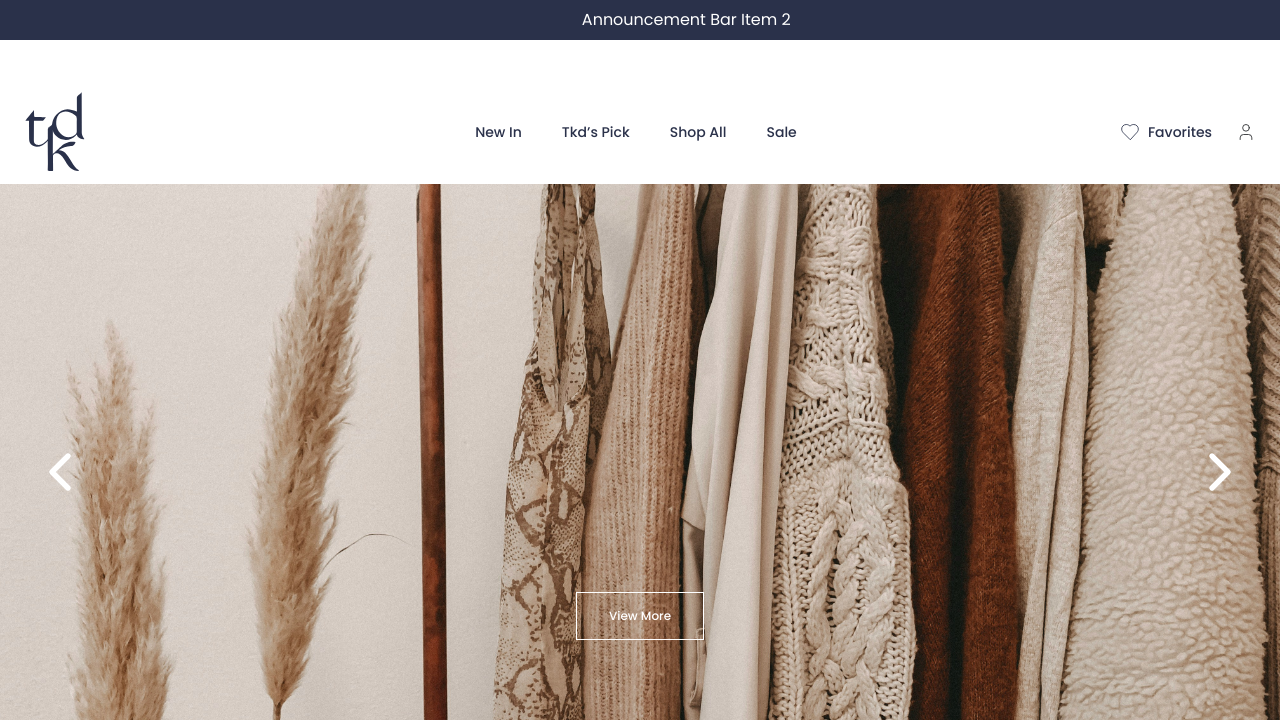
Repository: helmifnandani/online-store
Page: /
These files come from the project's save history. The page is drawn as it stood at one moment and after a run of saves; the edit follows.
The browser window is 1280 px wide. The pictures show the whole page.
An inner scrolling area shows only its first screen. The project was rebuilt for these pictures with package versions that can differ from the ones it lists, and the page was loaded fresh each time. Also part of the build but not shown: vite.config.js, src/components/Icons/icon-chevron-down.jsx, src/components/Icons/icon-eye.jsx, src/components/Icons/icon-shopee.jsx, src/components/Icons/icon-tokopedia.jsx, src/components/Icons/icon-close.jsx, src/components/Icons/icon-menu.jsx, src/components/Icons/icon-filter.jsx and 12 more.

Above is the page before, as saved 2024-08-28 20:42:14.

### index.html
<!doctype html>
<html lang="en">
  <head>
    <meta charset="UTF-8" />
    <link
      rel="icon"
      type="image/svg+xml"
      href="/src/assets/images/logo/logo-2.png"
    />
    <meta name="viewport" content="width=device-width, initial-scale=1.0" />
    <title>Titipkitadi.id</title>
  </head>
  <body>
    <div id="root"></div>
    <script type="module" src="/src/main.jsx"></script>
  </body>
</html>

### src/main.jsx
import { StrictMode } from "react";
import { createRoot } from "react-dom/client";
import App from "./App.jsx";
import "./index.css";
import { BrowserRouter } from "react-router-dom";
import { AuthProvider } from "react-auth-kit";

createRoot(document.getElementById("root")).render(
  <StrictMode>
    <BrowserRouter>
      <App />
    </BrowserRouter>
  </StrictMode>,
);

### src/index.css
@import "./assets/css/fonts.css";
@import "./assets/css/slide.css";
@import "./assets/css/media.css";

@tailwind base;
@tailwind components;
@tailwind utilities;

@layer components {
  .btn-link .btn-text {
    @apply relative after:absolute after:-bottom-2px after:left-1/2 after:block after:h-px after:w-0 after:bg-slate-900 after:transition-all after:content-[''] after:hover:left-0 after:hover:w-full;
  }

  .sidebar-icon {
    @apply relative mx-auto mb-2 mt-2 flex h-12 w-12 items-center justify-center rounded-3xl bg-gray-800 text-green-500 transition-all duration-300 ease-linear hover:rounded-xl hover:bg-green-600 hover:text-white;
  }

  .sidebar-tooltip {
    @apply absolute left-14 m-2 w-auto min-w-max origin-left scale-0 rounded-md bg-gray-900 p-2 text-xs font-bold text-white shadow-md transition-all duration-100;
  }
}

:root {
  font-family: "Poppins", sans-serif;
}

.overlayscrollbars-react {
  width: 16rem;
  height: 16rem;
  margin: 0 auto;
  resize: both;
  overflow: auto;
  border-radius: 6px;
  border: 2px solid var(--foreground-color);
  box-shadow: rgb(var(--foreground-color-rgb) / 0.14) 0 0.875rem 3.125rem;
}

#container::-webkit-scrollbar-track {
  -webkit-box-shadow: inset 0 0 6px rgba(0, 0, 0, 0.3);
  background-color: #f5f5f5;
}

#container::-webkit-scrollbar {
  width: 6px;
  background-color: #f5f5f5;
}

#container::-webkit-scrollbar-thumb {
  background-color: #202225;
}

details > summary {
  list-style: none;
}
details > summary::-webkit-details-marker {
  display: none;
}

.transition-height {
  transition:
    height 0.5s ease-in-out,
    max-height 0.5s ease-in-out;
}

### src/components/Navbar.jsx
import React, { useState, useEffect } from "react";
import { navItems, categories } from "../constants";
import Icon from "./Icons";
import Button from "./Button";
import { Link } from "react-router-dom";
import AnnouncementBar from "./AnnouncementBar";

const Navbar = ({
  toggleNavbar,
  mobileDrawerOpen,
  isScrolled,
  categoryList,
}) => {
  return (
    <>
      <AnnouncementBar isScrolled={isScrolled} />
      <nav
        className={`sticky top-0 z-50 bg-white transition-all lg:mt-0 ${isScrolled ? "bg-opacity-90 shadow-md" : ""}`}
        id="navbar"
      >
        <div className="container relative mx-auto px-4 py-3 text-sm">
          <div className="flex items-center justify-between">
            <div className="flex-col justify-end md:flex lg:hidden">
              <button
                className="relative px-5 py-2.5 focus:outline-none"
                onClick={toggleNavbar}
              >
                <span
                  className={`absolute block h-0.5 w-5 transform bg-current text-primary-500 transition duration-500 ease-in-out ${mobileDrawerOpen ? "rotate-45" : "-translate-y-1.5"}`}
                ></span>
                <span
                  className={`absolute block h-0.5 w-5 transform bg-current text-primary-500 transition duration-500 ease-in-out ${mobileDrawerOpen ? "opacity-0" : ""}`}
                ></span>
                <span
                  className={`absolute block h-0.5 w-5 transform bg-current text-primary-500 transition duration-500 ease-in-out ${mobileDrawerOpen ? "-rotate-45" : "translate-y-1.5"}`}
                ></span>
              </button>
            </div>
            <div className="flex flex-shrink-0 items-center">
              <Link to={"/"}>
                <Icon name="logo" className="h-12 w-12 lg:h-20 lg:w-20" />
              </Link>
            </div>
            <ul className="ml-14 hidden gap-10 lg:flex">
              {navItems.map((item, index) => (
                <li
                  key={index}
                  className={item.hasNestedMenu ? "group relative" : ""}
                >
                  <Button
                    isLink={true}
                    type={"link"}
                    urlTarget={item.href}
                    text={item.label}
                    className={
                      item.label.toLowerCase() === "sale"
                        ? "!containertext-red-500"
                        : ""
                    }
                  />
                  {item.hasNestedMenu ? (
                    <ul className="min-w pointer-events-none absolute -left-10 top-full z-50 flex w-screen flex-wrap gap-7 bg-white p-3 opacity-0 shadow-md transition-all group-hover:pointer-events-auto group-hover:opacity-100 lg:max-w-screen-lg lg:-translate-x-1/2 xl:max-w-screen-xl 2xl:max-w-screen-2xl">
                      {categoryList.map((category, index) => (
                        <li key={index}>
                          <p className="mx-4 text-nowrap border-b border-gray-300 py-2 font-semibold">
                            {category.categoryName}
                          </p>
                          <ul>
                            {category.categoryDetails.map(
                              (categoryDetail, index) => (
                                <li className="px-4 py-2" key={index}>
                                  <Button
                                    isLink={true}
                                    type={"link"}
                                    urlTarget={`/${categoryDetail.categoryDetailName}`}
                                    text={categoryDetail.categoryDetailName}
                                    className={"!justify-start !text-start"}
                                  />
                                </li>
                              ),
                            )}
                          </ul>
                        </li>
                      ))}
                    </ul>
                  ) : (
                    ""
                  )}
                </li>
              ))}
            </ul>
            <div className="flex items-center justify-center gap-2 lg:gap-6">
              <Button
                isLink={true}
                type={"link"}
                urlTarget={"/account"}
                text={"Favorites"}
                iconName={"heart"}
                iconWidth={20}
                btnTextClass="hidden lg:block"
              />
              <Button
                isLink={true}
                type={"link"}
                urlTarget={"/account"}
                iconName={"profile"}
                iconWidth={20}
              />
            </div>
          </div>
        </div>
        <div
          className="absolute left-0 min-h-screen w-56 -translate-x-full transform overflow-y-auto bg-white text-primary-500 shadow-xl transition-transform duration-300 ease-in-out lg:hidden"
          id="sidebar"
        >
          <div className="p-4">
            <div className="flex justify-center border-b pb-3">
              <Icon name="logo" className="h-12 w-12 lg:h-24 lg:w-24" />
            </div>
            <ul className="px-4">
              {navItems.map((item, index) => (
                <li key={index} className="py-4">
                  <Button
                    isLink={true}
                    type={"link"}
                    urlTarget={item.href}
                    text={item.label}
                    className={
                      item.label.toLowerCase() === "sale" ? "!text-red-500" : ""
                    }
                  />
                </li>
              ))}
            </ul>
            {/* <div className="flex flex-col items-center justify-center gap-6 p-4">
            <Button
              isLink={true}
              type={"link"}
              urlTarget={"/account"}
              text={"Favorites"}
              iconName={"heart"}
              iconWidth={20}
            />
            <Button
              isLink={true}
              type={"link"}
              urlTarget={"/account"}
              text={"Account"}
              iconName={"profile"}
              iconWidth={20}
            />
          </div> */}
          </div>
        </div>
      </nav>
    </>
  );
};

export default Navbar;

// const Navbar = () => {
//   return (
//     <nav className="bg-gray-800 p-4">
//       <ul className="flex space-x-8">
//         <li className="relative group">
//           <a href="#" className="text-white">
//             Menu Item 1
//           </a>
//           <ul className="absolute left-0 mt-2 hidden w-48 bg-white text-black shadow-lg group-hover:block">
//             <li className="px-4 py-2 hover:bg-gray-200">
//               <a href="#">Dropdown Item 1</a>
//             </li>
//             <li className="px-4 py-2 hover:bg-gray-200">
//               <a href="#">Dropdown Item 2</a>
//             </li>
//             <li className="px-4 py-2 hover:bg-gray-200">
//               <a href="#">Dropdown Item 3</a>
//             </li>
//           </ul>
//         </li>
//         <li>
//           <a href="#" className="text-white">
//             Menu Item 2
//           </a>
//         </li>
//       </ul>
//     </nav>
//   );
// };

// export default Navbar;

### src/assets/css/slide.css
.slick-track {
  display: flex;
}

.slick-slide {
  height: auto;
}

.slick-slide > div {
  display: flex;
  height: 100%;
}

.slider-default {
  .slick-dots {
    bottom: 0;
  }

  .slick-dots {
    li {
      button {
        &:before {
          opacity: 0.5;
          color: white;
        }
      }

      &.slick-active {
        button {
          &:before {
            opacity: 1;
            color: white;
          }
        }
      }
    }
  }
}

@layer components {
  .slick-image li {
    @apply size-16;
  }
}
.slick-image {
  bottom: -80px;
  /* transform: translateY(5rem); */
}

### src/assets/css/media.css
.media {
    position: relative;
    display: block;
    overflow: hidden;

    &:before {
        content: ' ';
        display: block;
        width: 100%;
    }

    .media-content {
        position: absolute;
        top: 0;
        left: 0;
        width: 100%;
        height: 100%;
    }

    &.cover {
        .media-content {
            object-fit: cover;
        }
    }

    &.contain {
        .media-content {
            object-fit: contain;
        }
    }
}

### src/components/Icons.jsx
import React from "react";
import Logo from "./Icons/icon-logo.jsx";
import Heart from "./Icons/icon-heart.jsx";
import Profile from "./Icons/icon-profile.jsx";
import Instagram from "./Icons/icon-instagram.jsx";
import ChevronRight from "./Icons/icon-chevron-right.jsx";
import ChevronDown from "./Icons/icon-chevron-down.jsx";
import ChevronLeft from "./Icons/icon-chevron-left.jsx";
import Eye from "./Icons/icon-eye.jsx";
import Shopee from "./Icons/icon-shopee.jsx";
import Tokopedia from "./Icons/icon-tokopedia.jsx";
import Close from "./Icons/icon-close.jsx";
import Menu from "./Icons/icon-menu.jsx";
import Filter from "./Icons/icon-filter.jsx";
import Sort from "./Icons/icon-sort.jsx";
import Whatsapp from "./Icons/icon-whatsapp.jsx";

const Icon = (props) => {
  switch (props.name) {
    case "logo":
      return <Logo {...props} />;
    case "heart":
      return <Heart {...props} />;
    case "profile":
      return <Profile {...props} />;
    case "instagram":
      return <Instagram {...props} />;
    case "chevron-right":
      return <ChevronRight {...props} />;
    case "chevron-left":
      return <ChevronLeft {...props} />;
    case "chevron-down":
      return <ChevronDown {...props} />;
    case "eye":
      return <Eye {...props} />;
    case "shopee":
      return <Shopee {...props} />;
    case "tokopedia":
      return <Tokopedia {...props} />;
    case "close":
      return <Close {...props} />;
    case "menu":
      return <Menu {...props} />;
    case "filter":
      return <Filter {...props} />;
    case "sort":
      return <Sort {...props} />;
    case "whatsapp":
      return <Whatsapp {...props} />;
    default:
  }
};

export default Icon;

### src/components/AnnouncementBar.jsx
import { useEffect, useState } from "react";
import SlideShow from "./SlideShow";
import "slick-carousel/slick/slick.css";
import "slick-carousel/slick/slick-theme.css";
import AnnouncementBarItem from "./AnnouncementBarItem";
import { announcementBarItemsArray } from "../constants";

const AnnouncementBar = ({ isScrolled }) => {
  const [announcementBarItems, setAnnouncementBarItems] = useState([]);

  useEffect(() => {
    setAnnouncementBarItems(announcementBarItemsArray);
  }, []);
  return (
    <div
      className={`bg-primary-500 py-2 text-white ${isScrolled ? "h-0 max-h-0" : "h-auto max-h-10"}`}
    >
      <SlideShow
        arrows={false}
        autoplay={true}
        autoplaySpeed={5000}
        fade={false}
      >
        {announcementBarItemsArray.map((item, index) => (
          <div key={index}>
            <AnnouncementBarItem item={item} />
          </div>
        ))}
      </SlideShow>
    </div>
  );
};

export default AnnouncementBar;

### src/components/ProductSection.jsx
import { useState, useEffect } from "react";
import ProductItem from "./ProductItem";
import { productItems } from "../constants";
import Button from "./Button";
import axios from "axios";

const ProductSection = ({
  title = "Best Seller",
  description = "Check out our best seller collection",
}) => {
  // const [products, setProduct] = useState([]); // State to store the product data
  // const [loading, setLoading] = useState(true); // State to manage loading state
  // const [error, setError] = useState(null); // State to handle errors
  // useEffect(() => {
  //   const fetchProducts = async () => {
  //     try {
  //       setLoading(true);
  //       const response = await axios.get(`http://localhost:8000/productItems`);
  //       setProduct(response.data); // Set the fetched data to the product state
  //     } catch (error) {
  //       setError(error.response ? error.response.data.message : error.message); // Handle any errors
  //     } finally {
  //       setLoading(false); // Set loading to false after the request completes
  //     }
  //   };

  //   // Call the fetch function
  //   fetchProducts();
  // }, []);

  return (
    <>
      <div className="mb-7 flex flex-col text-center">
        <h2 className="text-3xl font-semibold">{title}</h2>
        <h3 className="text-lg">{description}</h3>
      </div>
      <div className="mb-7 grid h-full grid-cols-12 gap-2 lg:gap-7">
        {productItems.slice(0, 4).map((item, index) => (
          <div
            className="col-span-6 h-full w-full lg:col-span-3"
            key={item.productid}
          >
            <ProductItem item={item} />
          </div>
        ))}
      </div>
      <div className="flex items-center justify-center">
        <Button isLink={true} type={"outline"} text={"View More"} />
      </div>
    </>
  );
};

export default ProductSection;

### src/components/CollectionSection.jsx
import Image from "./Image";
import axios from "axios";
import { collectionItems } from "../constants";

const CollectionSection = ({}) => {
  // const [collections, setCollection] = useState([]); // State to store the collection data
  // const [loading, setLoading] = useState(true); // State to manage loading state
  // const [error, setError] = useState(null); // State to handle errors
  // useEffect(() => {
  //   const fetchCollections = async () => {
  //     try {
  //       setLoading(true);
  //       const response = await axios.get(
  //         `http://localhost:8000/collectionItems`,
  //       );
  //       setCollection(response.data); // Set the fetched data to the collection state
  //     } catch (error) {
  //       setError(error.response ? error.response.data.message : error.message); // Handle any errors
  //     } finally {
  //       setLoading(false); // Set loading to false after the request completes
  //     }
  //   };

  //   // Call the fetch function
  //   fetchCollections();
  // }, []);
  return (
    <>
      <div className="relative left-1/2 right-1/2 -ml-[50vw] -mr-[50vw] -mt-10 flex h-full w-screen flex-row flex-wrap lg:flex-nowrap">
        {collectionItems?.map((item, index) => (
          <div className="relative flex w-1/2 lg:w-full" key={index}>
            <Image
              imgSrc={item.img_src}
              className={"aspect-card w-full"}
              text={item.text}
              objectFit="object-cover"
              btnUrlTarget={item.href}
            />
          </div>
        ))}
      </div>
    </>
  );
};

export default CollectionSection;

### src/components/Image.jsx
import { Link } from "react-router-dom";
import Button from "./Button";

const Image = ({
  ratio = "aspect-16x9",
  imgSrc,
  objectFit = "object-cover",
  text,
  className = "",
  btnIsLink,
  btnType,
  hasButton,
  btnUrlTarget,
  btnClassName = "",
}) => {
  return (
    <>
      <img
        className={`relative ${objectFit} ${ratio} ${text ? "bg-gray-300" : ""} ${className}`}
        src={imgSrc}
      />
      {hasButton ? (
        <Button
          isLink={btnIsLink}
          type={btnType}
          text={"View More"}
          urlTarget={btnUrlTarget}
          className={`${btnClassName} absolute inset-0 top-1/2 m-auto !h-10 !w-24 text-nowrap border-white !text-xs text-white lg:!h-12 lg:!w-32`}
        />
      ) : (
        ""
      )}
      {text ? (
        <Link to={btnUrlTarget}>
          <div className="absolute inset-0 bg-gray-400 opacity-30"></div>
          <div className="absolute inset-0 flex items-center justify-center">
            <h2 className="text-xl font-bold text-white md:text-3xl">{text}</h2>
          </div>
        </Link>
      ) : (
        ""
      )}
    </>
  );
};

export default Image;

### src/components/Skeleton.jsx
const Skeleton = ({
  className = "h-full w-full",
  items = 1,
  classContainer = "",
}) => {
  return (
    <div className="animate-pulse">
      <div className={classContainer}>
        {(() => {
          const elements = [];
          for (let i = 0; i < items; i++) {
            elements.push(
              <div key={i} className={`${className} bg-gray-300`}></div>,
            );
          }
          return elements;
        })()}
      </div>
    </div>
  );
};

export default Skeleton;

### src/components/Icons/icon-heart.jsx
const SVG = ({
  style = {},
  width = "24",
  height = "24",
  className = "",
  viewBox = "0 0 24 24",
}) => (
  <svg
    width={width}
    style={style}
    height={width}
    viewBox={viewBox}
    xmlns="http://www.w3.org/2000/svg"
    className={`svg-icon ${className || ""}`}
    xmlnsXlink="http://www.w3.org/1999/xlink"
    stroke="currentColor"
    fill="none"
    strokeWidth="1"
    strokeLinecap="round"
    strokeLinejoin="round"
  >
    <path d="M19 14c1.49-1.46 3-3.21 3-5.5A5.5 5.5 0 0 0 16.5 3c-1.76 0-3 .5-4.5 2-1.5-1.5-2.74-2-4.5-2A5.5 5.5 0 0 0 2 8.5c0 2.3 1.5 4.05 3 5.5l7 7Z" />
  </svg>
);

export default SVG;

### src/components/Icons/icon-profile.jsx
const SVG = ({
  style = {},
  fill = "#202225",
  width = "24",
  height = "24",
  className = "",
  viewBox = "0 0 24 24",
}) => (
  <svg
    width={width}
    style={style}
    height={width}
    viewBox={viewBox}
    xmlns="http://www.w3.org/2000/svg"
    className={`svg-icon ${className || ""}`}
    xmlnsXlink="http://www.w3.org/1999/xlink"
    stroke={fill}
    fill="none"
    strokeWidth="1"
    strokeLinecap="round"
    strokeLinejoin="round"
  >
    <path d="M19 21v-2a4 4 0 0 0-4-4H9a4 4 0 0 0-4 4v2" />
    <circle cx="12" cy="7" r="4" />
  </svg>
);

export default SVG;

### src/components/Icons/icon-instagram.jsx
const SVG = ({
  style = {},
  fill = "#202225",
  width = "24",
  height = "24",
  className = "",
  viewBox = "0 0 24 24",
}) => (
  <svg
    width={width}
    style={style}
    height={width}
    viewBox={viewBox}
    xmlns="http://www.w3.org/2000/svg"
    className={`svg-icon ${className || ""}`}
    xmlnsXlink="http://www.w3.org/1999/xlink"
    stroke={fill}
    fill="none"
    strokeWidth="1"
    strokeLinecap="round"
    strokeLinejoin="round"
  >
    <rect width="20" height="20" x="2" y="2" rx="5" ry="5" />
    <path d="M16 11.37A4 4 0 1 1 12.63 8 4 4 0 0 1 16 11.37z" />
    <line x1="17.5" x2="17.51" y1="6.5" y2="6.5" />
  </svg>
);

export default SVG;

### src/components/Icons/icon-chevron-right.jsx
const SVG = ({
  style = {},
  fill = "#202225",
  width = "24",
  height = "24",
  className = "",
  strokeWidth = "2",
  viewBox = "0 0 24 24",
}) => (
  <svg
    width={width}
    style={style}
    height={width}
    viewBox={viewBox}
    xmlns="http://www.w3.org/2000/svg"
    className={`svg-icon ${className || ""}`}
    xmlnsXlink="http://www.w3.org/1999/xlink"
    stroke={fill}
    fill="none"
    strokeWidth={strokeWidth}
    strokeLinecap="round"
    strokeLinejoin="round"
  >
    <path d="m9 18 6-6-6-6" />
  </svg>
);

export default SVG;

### src/components/Icons/icon-chevron-left.jsx
const SVG = ({
  style = {},
  fill = "#202225",
  width = "24",
  height = "24",
  className = "",
  strokeWidth = "2",
  viewBox = "0 0 24 24",
}) => (
  <svg
    width={width}
    style={style}
    height={width}
    viewBox={viewBox}
    xmlns="http://www.w3.org/2000/svg"
    className={`svg-icon ${className || ""}`}
    xmlnsXlink="http://www.w3.org/1999/xlink"
    stroke={fill}
    fill="none"
    strokeWidth={strokeWidth}
    strokeLinecap="round"
    strokeLinejoin="round"
  >
    <path d="m15 18-6-6 6-6" />
  </svg>
);

export default SVG;

### src/components/AnnouncementBarItem.jsx
const AnnouncementBarItem = ({ item }) => {
  return <div className="flex justify-center">{item.text}</div>;
};

export default AnnouncementBarItem;

Loaded but not shown: tailwind.config.js (77 lines, source omitted); src/constants/index.jsx (994 lines, source omitted); src/assets/css/fonts.css (257 lines, source omitted); src/components/Icons/icon-logo.jsx (35 lines, source omitted); src/App.jsx (127 lines, source omitted); src/components/Footer.jsx (119 lines, source omitted); src/components/ProductItem.jsx (95 lines, source omitted); src/pages/Home.jsx (94 lines, source omitted); src/components/SlideShow.jsx (130 lines, source omitted); src/components/Button.jsx (84 lines, source omitted)

After the next 3 saves:
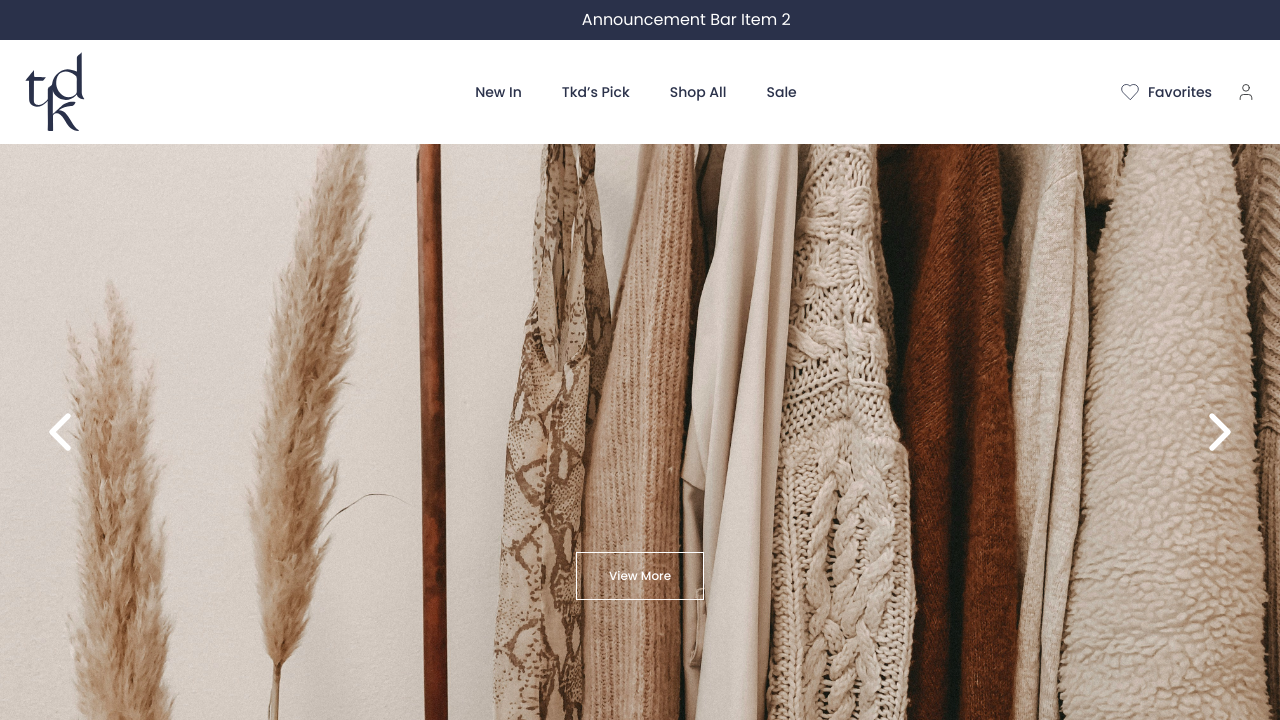
The 3 saves are shown as one change because they came seconds apart.
The last was saved 8 s later.
--- a/src/components/Navbar.jsx
+++ b/src/components/Navbar.jsx
@@ -15,7 +15,7 @@ const Navbar = ({
     <>
       <AnnouncementBar isScrolled={isScrolled} />
       <nav
-        className={`sticky top-0 z-50 bg-white transition-all lg:mt-0 ${isScrolled ? "bg-opacity-90 shadow-md" : ""}`}
+        className={`sticky top-0 z-50 bg-white transition-all lg:!mt-0 ${isScrolled ? "bg-opacity-90 shadow-md" : ""}`}
         id="navbar"
       >
         <div className="container relative mx-auto px-4 py-3 text-sm">
